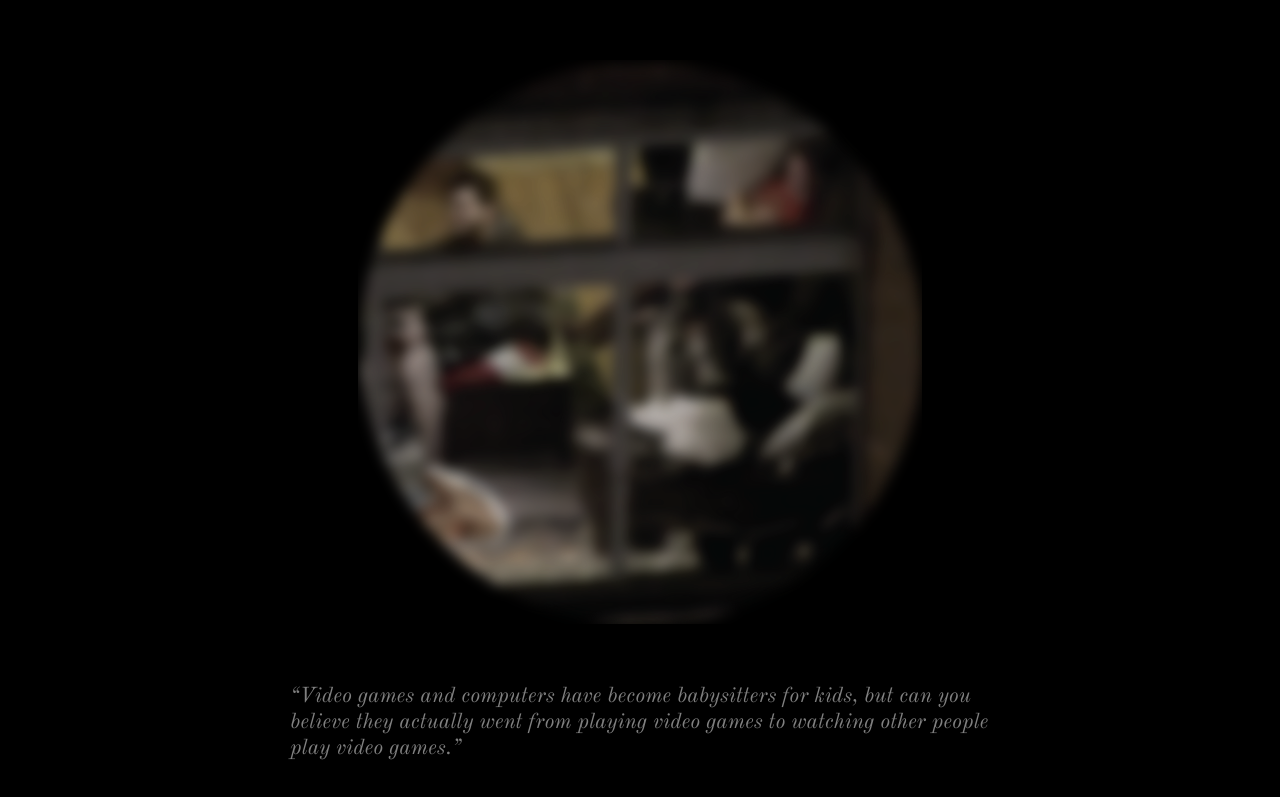
Repository: ConnyPinto/connypinto.github.io
Page: studio/space/final-space/room4.html
The author's editor kept a record of every edit. The page is drawn from the files as they stood at one moment, then again after the next edit.
The browser window is 1280 px wide. The pictures show the whole page.
Some web libraries are served in a nearby version.

Above is the page before.

### studio/space/final-space/room4.html
<html>

<head>
    <title>Space</title>
   <link href='//fonts.googleapis.com/css?family=Old+Standard+TT:400italic' rel='stylesheet' type='text/css'>
    <link rel="stylesheet" href="css/room.css" type="text/css" />
     <script src="//ajax.googleapis.com/ajax/libs/jquery/1.7.1/jquery.min.js"></script>
      <script src="javascript/room.js"></script>
</head>

<body>

        <a href="room2.html" class="right-window" style="background-image: url(images/windows-02.png);"></a>


    <div class="content">



    <a href="#" class="lense" style="background-image: url(images/lense-004.png);"></a>



    <div class="quote">&ldquo;Video games and computers have become babysitters for kids, but can you believe they actually went from playing video games to watching other people play video games.&rdquo;</div>

    </div>

    <!-- <div class="eyes"><img src="images/i9lb4.gif"></div>  -->




</body>

</html>

### studio/space/final-space/css/room.css
body{
    background-color: black;
    font-family: 'Old Standard TT', serif;
    font-style: italic;
    margin-bottom:35px;
}

.lense {
    background-repeat: no-repeat;
    width: 564px;
    height:564px;
    display: block;
    font-size: 0;
    margin:0 auto;
    margin-bottom:60px;
    margin-top:60px;
}
.lense:hover {
    background-position: 0 -565px;
}


/*.lense{
    margin:0 auto;
    margin-top:80px;
    margin-bottom:114px;}*/


.right-window:hover {
    background-position: 0 -258px;
}

.left-window:hover {
    background-position: 0 -258px;
}



.content{
    width:700px;
    margin:0 auto;

}

.quote{
    color:grey;
    font-family: 'Old Standard TT', serif;
    display: block;
    margin-left: auto;
    margin-right: auto;
    margin-bottom:10px;
    font-size: 16pt;
    width:700px;


}

.eyes{

    position: relative;
   margin:0 auto;
   width:300px;

}

.sofa-button {
    background-image: url(../images/sofa-button.png);
    background-repeat: no-repeat;
    width: 212px;
    height: 67px;
    display: inline-block;
    font-size: 0;
    margin:60px;
    margin-bottom:-80px;

}
.sofa-button:hover {
    background-position: 0 -68px;
}


/*.sofa-button{
    margin:20px;
    margin-bottom:-70px;

}*/

### studio/space/final-space/javascript/room.js
$(document).ready(function () {
    $('body').click(function (e) {
        console.log(e);
        if (!$(e.target).is('a')) {
            window.location.href = 'window.html';
        }
    });
});

After the next edit:
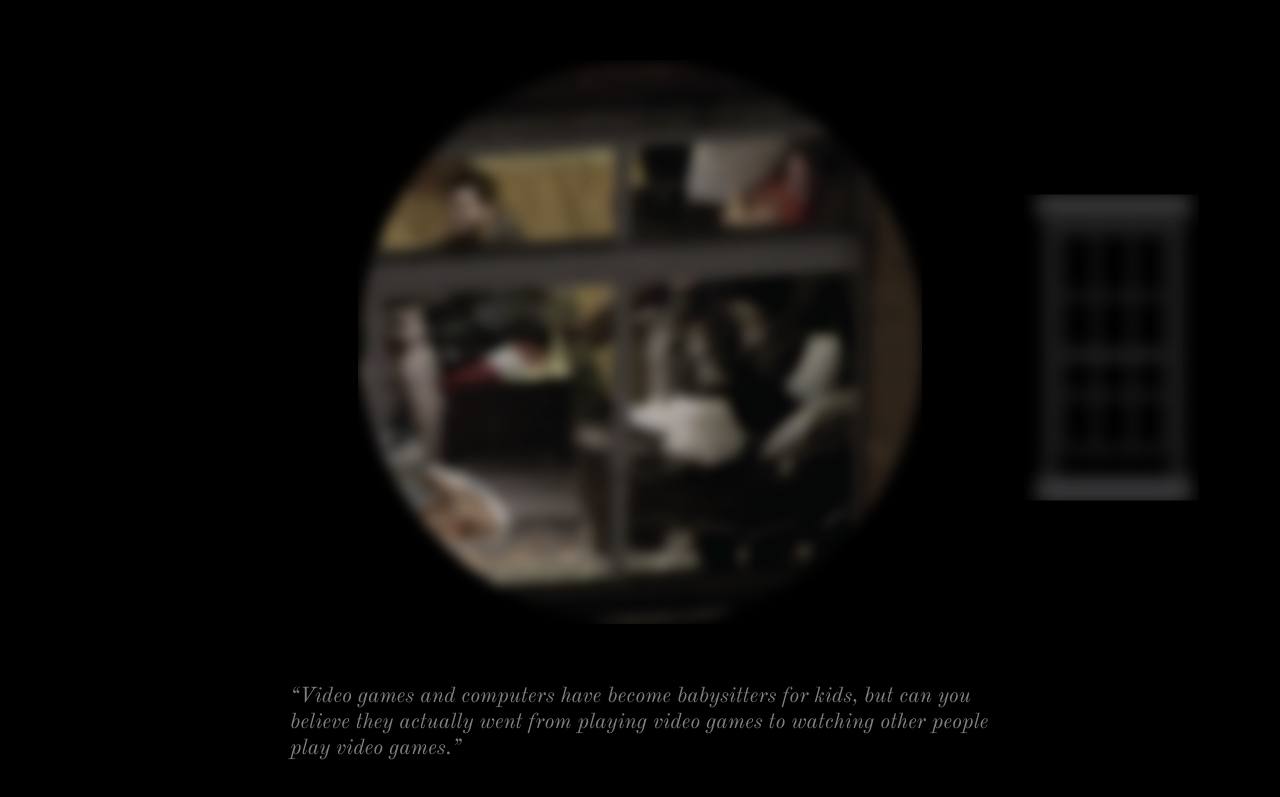
The edit:
--- a/studio/space/final-space/room4.html
+++ b/studio/space/final-space/room4.html
@@ -10,7 +10,16 @@
 
 <body>
 
-        <a href="room2.html" class="right-window" style="background-image: url(images/windows-02.png);"></a>
+          <a href="room5.html" class="right-window"
+        style="background-image: url(images/grey-blur-05.png);
+    background-repeat: no-repeat;
+    transform: scale(1.2);
+    width: 153px;
+    height: 255px;
+    display: block;
+    float:right;
+    margin-right:80px;
+    margin-top:160px;"></a>
 
 
     <div class="content">
